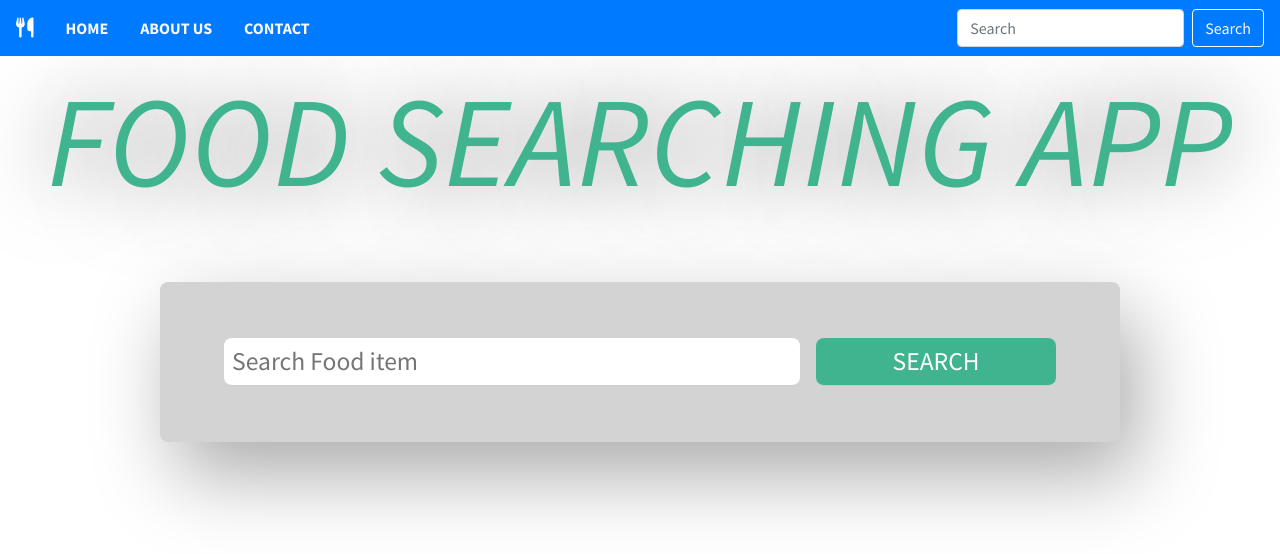
Repository: priyavmehta/React-Food-Recipe-App
Page: /
These files come from the project's save history. The page is drawn as it stood at one moment and after the next save; the edit follows.
The browser window is 1280 px wide. The pictures show the whole page.
Some web libraries are served in a nearby version. The project was rebuilt for these pictures with package versions that can differ from the ones it lists, and the page was loaded fresh each time. Also part of the build but not shown: src/Components/RecipeDetails.js, src/Components/Recipe.js, src/Components/Alert.js.

Above is the page before, as saved 2020-07-11 22:43:04.

After the next save:
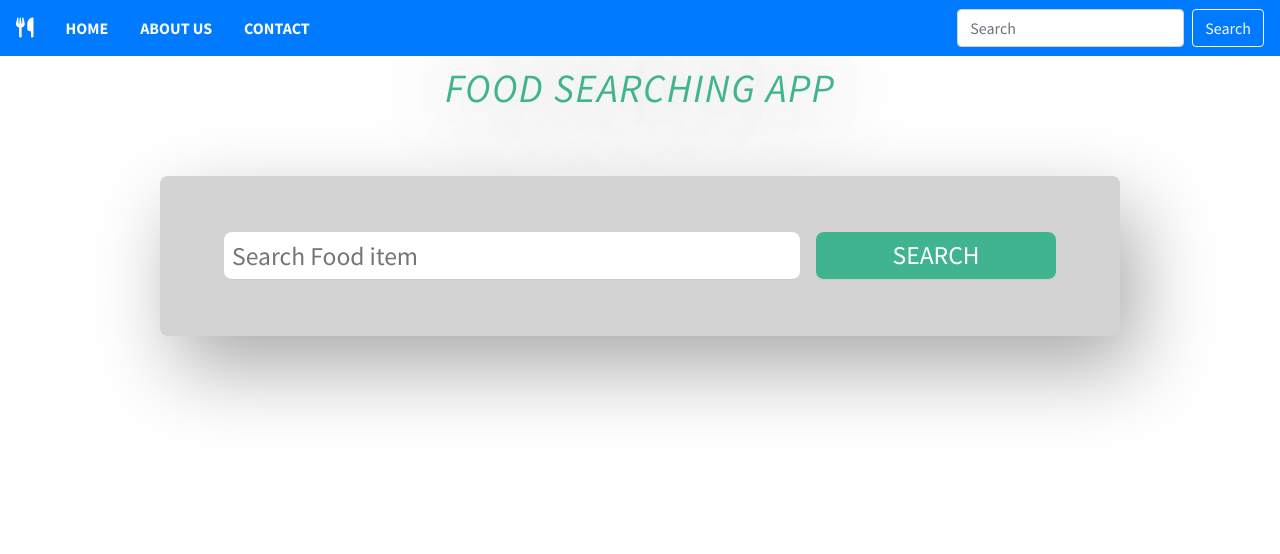
Saved 114 s later.
--- a/src/App.css
+++ b/src/App.css
@@ -16,7 +16,6 @@
 }
 
 h1 {
-  font-size: 8rem;
   letter-spacing: 0.1rem;
   font-style: italic;
   color: #40b48e;
